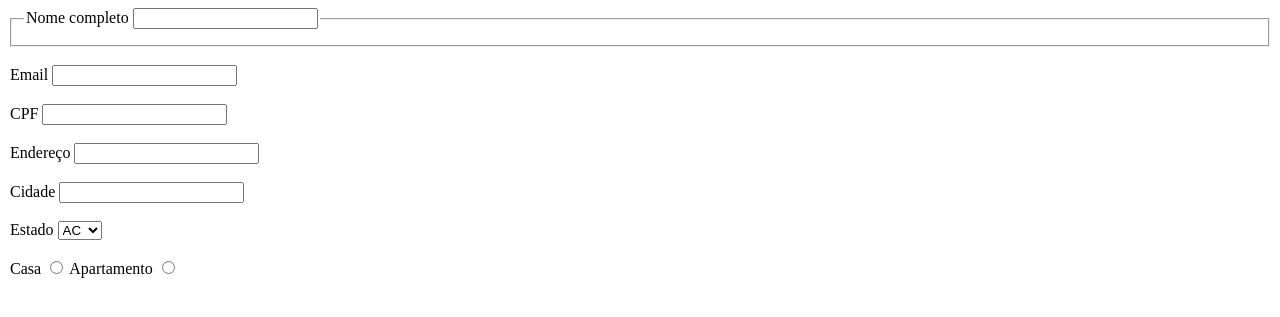
Repository: Parker9309/-trybe-exercises
Page: exercises/exercises-bloco6/html-e-css-forms-flexbox-e-responsivo_1/index.html
The author's editor kept a copy of each file at every save. The page is drawn from the files as they stood at one save, then again after the next save.
The browser window is 1280 px wide. The pictures show the whole page.

Above is the page before, as saved 2021-03-16 00:32:53.

### exercises/exercises-bloco6/html-e-css-forms-flexbox-e-responsivo_1/index.html
<!DOCTYPE html>
<html lang="pt-br">
<head>
  <meta charset="UTF-8">
  <meta http-equiv="X-UA-Compatible" content="IE=edge">
  <meta name="viewport" content="width=device-width, initial-scale=1.0">
  <title>Document</title>
</head>
<body>
  <form>
    <fieldset>
      <legend>
        <label form="nome"> Nome completo
          <input type = "text" name="nome" id="nome" maxlength="40" required>
        </label>
      </legend>
    </fieldset>
  <br>

    <legend>
      <label form="mail"> Email
        <input type = "text" name="nome" id="mail" maxlength="50" required>
      </label>
    </legend>

  <br>

    <legend>
      <label form="cpf"> CPF
        <input type = "text" name="nome" id="cpf" maxlength="11" required>
      </label>
    </legend>

<br>

  <legend>
    <label form="nome"> Endereço
      <input type = "text" name="nome" id="endereço" maxlength="200" required>
    </label>
  </legend>

<br>

  <legend>
    <label form="nome"> Cidade
      <input type = "text" name="nome" id="city" maxlength="28" required>
    </label>
  </legend>

<br>

  <legend>
    <label form="nome"> Estado
      <select name="nome" id="estados" required>
    </label>
  </legend>

<br>

  <legend>
    <label form="nome"> Estado
      <select name="nome" id="estados" required>
    </label>
  </legend>

<br>

  <legend>
      <label form="nome">Casa</label>
      <input type="radio" name="nome" id="Moradia" required>
      <label form="nome">Apartamento</label>
      <input type="radio" name="nome" id="Moradia" required>
  </legend>
</fieldset>
<br>
</form>
<script src = "script.js"></script>
</body>
</html>

### exercises/exercises-bloco6/html-e-css-forms-flexbox-e-responsivo_1/script.js
let opcoes = document.getElementById('estados');
function criarOpcoes() {
  let estadosBr = ['AC', 'AL', 'AP','AM', 'BA','CE', 'DF',
  'ES', 'GO', 'MA', 'MT', 'MS', 'MG', 'PA', 'PB', 'PR','PE', 'PI', 'RJ', 'RN', 'RS', 'RO', 'RR', 'SC', 'SP', 'SE', 'TO'];
  for (let stateIndex = 0; stateIndex < estadosBr.length; stateIndex += 1) {
    let opcao = document.createElement('option');
    opcao.value = estadosBr[stateIndex].toLowerCase();
    opcao.id = 'estados';
    opcao.innerHTML = estadosBr[stateIndex];
    opcoes.appendChild(opcao);
  }
}
criarOpcoes()

After the next save:
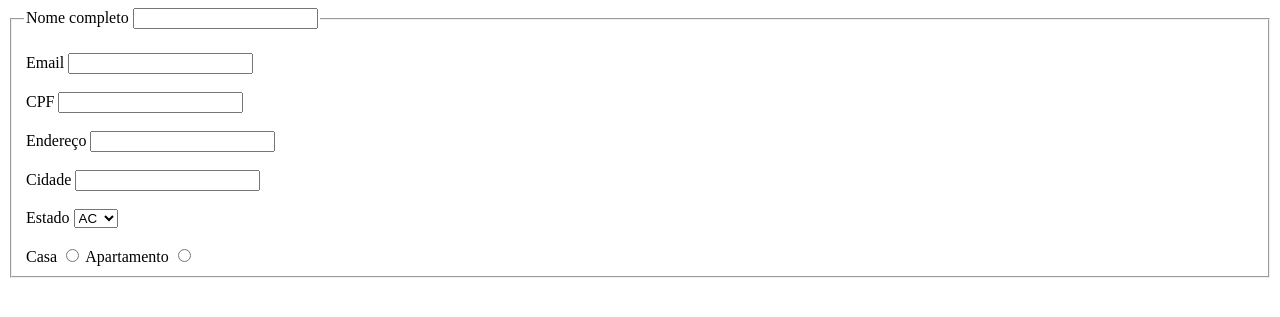
Saved 7 s later.
--- a/exercises/exercises-bloco6/html-e-css-forms-flexbox-e-responsivo_1/index.html
+++ b/exercises/exercises-bloco6/html-e-css-forms-flexbox-e-responsivo_1/index.html
@@ -14,7 +14,7 @@
           <input type = "text" name="nome" id="nome" maxlength="40" required>
         </label>
       </legend>
-    </fieldset>
+
   <br>
 
     <legend>
